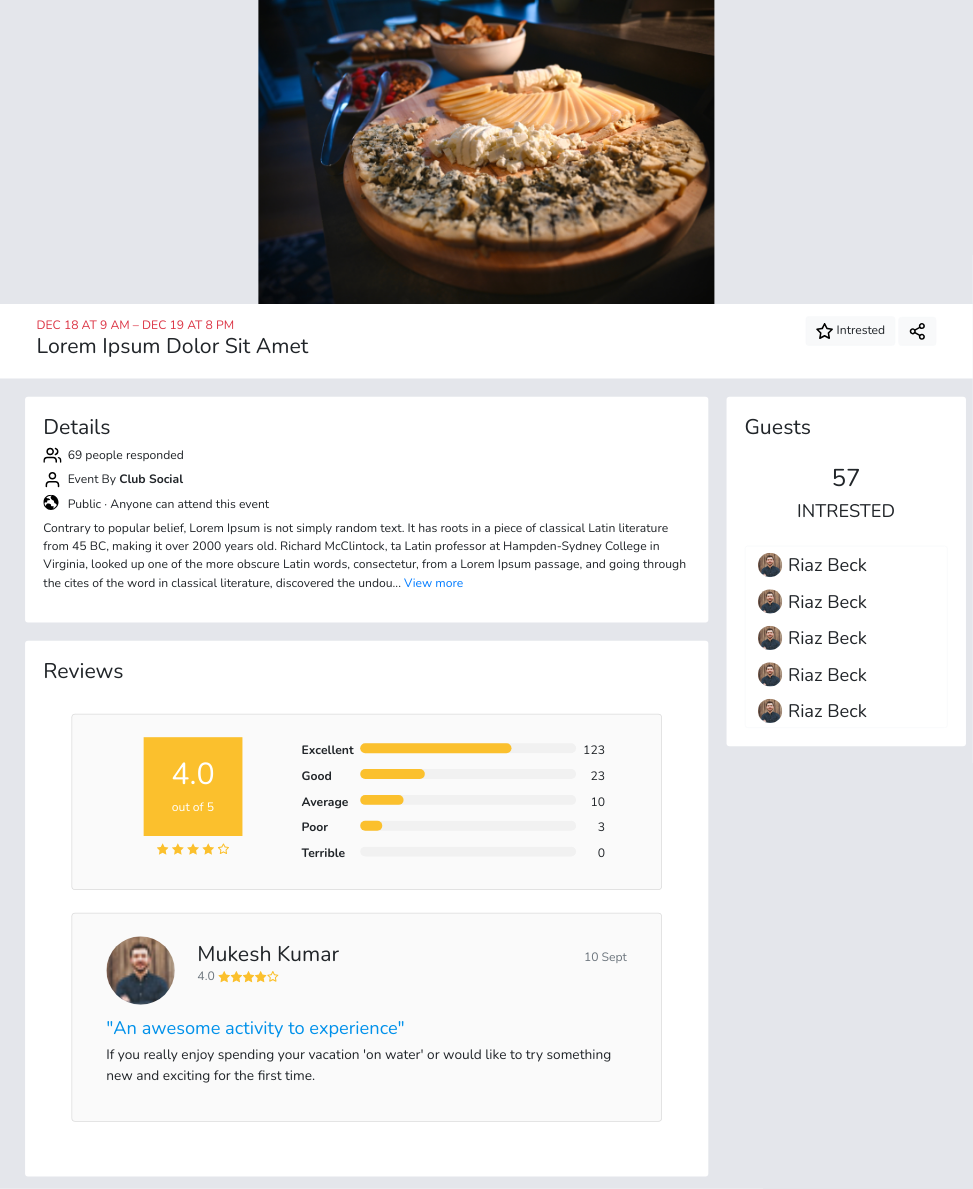
Repository: iamrachid/ensaevents
Page: event.html
The author's editor kept a copy of each file at every save. The page is drawn from the files as they stood at one save, then again after the next save.
The browser window is 1280 px wide. The pictures show the whole page, at 76% of full size.

Above is the page before, as saved 2021-11-25 19:10:44.

### event.html
<html>

<head>
    <meta charset="UTF-8">
    <meta http-equiv="X-UA-Compatible" content="IE=edge">
    <meta name="viewport" content="width=device-width, initial-scale=1.0">
    <title>Document</title>
    <link rel="stylesheet" href="css/bootstrap.css">
    <link rel="stylesheet" href="css/style.css">
    <!-- Link Swiper's CSS -->
    <link rel="stylesheet" href="https://unpkg.com/swiper/swiper-bundle.min.css" />

    <link rel="preconnect" href="https://fonts.googleapis.com">
    <link rel="preconnect" href="https://fonts.gstatic.com" crossorigin>
    <link
        href="https://fonts.googleapis.com/css2?family=Nunito:ital,wght@0,200;0,300;0,400;0,600;0,700;0,800;0,900;1,200;1,300;1,400;1,600;1,700;1,800;1,900&display=swap"
        rel="stylesheet">
</head>

<body class="w-100">

    <div class="text-center bg-main d-flex justify-content-center">
        <img src="assets/img/card-1.jpg" class="cover-img">
    </div>
    <div class="py-3 px-md-5 px-3">
        <div class="row">
            <div class="col-md-10 col-12">
                <span class="text-uppercase text-danger">DEC 18 AT 9 AM – DEC 19 AT 8 PM</span>
                <h3>Lorem Ipsum Dolor Sit Amet</h3>
            </div>
            <div class="col-md-2 col-12">
                <button class="btn btn-light ">
                    <svg class="btn-icon">
                        <use xlink:href="assets/img/icons.svg#icon-star"></use>
                    </svg>
                    Intrested</button>
                <button class="btn btn-light">
                    <svg class="btn-icon">
                        <use xlink:href="assets/img/icons.svg#icon-share-2"></use>
                    </svg>
                </button>
            </div>
        </div>
    </div>

    <div class="px-md-4 p-0 pb-3 bg-main">
        <div class="row">
            <div class="col-md-8 col-lg-9 col-12 px-4 px-md-3 px-lg-4">
                <div class="bg-white mt-4 p-4 rounded">
                    <h3>Details</h3>
                    <div class="d-flex">
                        <svg class="detail-icon mr-2 mb-2">
                            <use xlink:href="assets/img/icons.svg#icon-users"></use>
                        </svg>
                        <span>69 people responded</span>
                    </div>
                    <div class="d-flex">
                        <svg class="detail-icon mr-2  mb-2">
                            <use xlink:href="assets/img/icons.svg#icon-user"></use>
                        </svg>
                        <span>Event By <strong>Club Social</strong></span>
                    </div>
                    <div class="d-flex">
                        <svg class="detail-icon mr-2 mb-2">
                            <use xlink:href="assets/img/icons.svg#icon-public"></use>
                        </svg>
                        <span>Public · Anyone can attend this event</span>
                    </div>
                    <p>
                        <span>
                            Contrary to popular belief, Lorem Ipsum is not simply random text. It has roots in a piece
                            of
                            classical
                            Latin literature from 45 BC, making it over 2000 years old. Richard McClintock, ta Latin
                            professor
                            at
                            Hampden-Sydney College in Virginia, looked up one of the more obscure Latin words,
                            consectetur,
                            from
                            a
                            Lorem Ipsum passage, and going through the cites of the word in classical literature,
                            discovered
                            the
                            undou</span><span class="collapse  multi-collapse show fast" id="dots">...</span>
                        <span class="collapse  multi-collapse fast" id="more-text">btable source. Lorem Ipsum comes from
                            sections
                            1.10.32 and 1.10.33 of "de Finibus Bonorum et
                            Malorum" (The Extremes of Good and Evil) by Cicero, written in 45 BC. This book is a
                            treatise on
                            the
                            theory of ethics, very popular during the Renaissance. The first line of Lorem Ipsum, "Lorem
                            ipsum
                            dolor
                            sit amet..", comes from a line in section 1.10.32.
                        </span>

                        <a class="collapse  multi-collapse fast" type="button" id="less" data-toggle="collapse"
                            data-target=".multi-collapse" aria-expanded="false"
                            aria-controls="dots more less more-text">View less</a>
                        <a class="collapse show  multi-collapse fast" type="button" id="more" data-toggle="collapse"
                            data-target=".multi-collapse" aria-expanded="false"
                            aria-controls="dots more less more-text">View more</a>
                    </p>
                </div>
                <div class="bg-white mt-4 p-4 rounded">
                    <h3>Reviews</h3>


                    <div class="row justify-content-center">
                        <div class=" col-12 col-md-11 text-center mb-5">
                            <div class="card review-card">
                                <div class="row justify-content-start d-flex">
                                    <div class="col-md-4 d-flex flex-column">
                                        <div class="rating-box">
                                            <h1 class="pt-4">4.0</h1>
                                            <p class="">out of 5</p>
                                        </div>
                                        <div class="mt-1">
                                            <svg class="rating-icon">
                                                <use xlink:href="assets/img/icons.svg#icon-star-full"></use>
                                            </svg>
                                            <svg class="rating-icon">
                                                <use xlink:href="assets/img/icons.svg#icon-star-full"></use>
                                            </svg>
                                            <svg class="rating-icon">
                                                <use xlink:href="assets/img/icons.svg#icon-star-full"></use>
                                            </svg>
                                            <svg class="rating-icon">
                                                <use xlink:href="assets/img/icons.svg#icon-star-full"></use>
                                            </svg>
                                            <svg class="rating-icon">
                                                <use xlink:href="assets/img/icons.svg#icon-star"></use>
                                            </svg>
                                        </div>
                                    </div>
                                    <div class="col-md-8">
                                        <div class="rating-bar0 justify-content-center">
                                            <table class="text-left mx-auto">
                                                <tr>
                                                    <td class="rating-label">Excellent</td>
                                                    <td class="rating-bar">
                                                        <div class="bar-container">
                                                            <div class="bar-5"></div>
                                                        </div>
                                                    </td>
                                                    <td class="text-right">123</td>
                                                </tr>
                                                <tr>
                                                    <td class="rating-label">Good</td>
                                                    <td class="rating-bar">
                                                        <div class="bar-container">
                                                            <div class="bar-4"></div>
                                                        </div>
                                                    </td>
                                                    <td class="text-right">23</td>
                                                </tr>
                                                <tr>
                                                    <td class="rating-label">Average</td>
                                                    <td class="rating-bar">
                                                        <div class="bar-container">
                                                            <div class="bar-3"></div>
                                                        </div>
                                                    </td>
                                                    <td class="text-right">10</td>
                                                </tr>
                                                <tr>
                                                    <td class="rating-label">Poor</td>
                                                    <td class="rating-bar">
                                                        <div class="bar-container">
                                                            <div class="bar-2"></div>
                                                        </div>
                                                    </td>
                                                    <td class="text-right">3</td>
                                                </tr>
                                                <tr>
                                                    <td class="rating-label">Terrible</td>
                                                    <td class="rating-bar">
                                                        <div class="bar-container">
                                                            <div class="bar-1"></div>
                                                        </div>
                                                    </td>
                                                    <td class="text-right">0</td>
                                                </tr>
                                            </table>
                                        </div>
                                    </div>
                                </div>
                            </div>
                            <div class="card review-card">
                                <div class="row d-flex">
                                    <div class=""> <img class="profile-pic" src="assets/img/user.png"> </div>
                                    <div class="d-flex flex-column">
                                        <h3 class="mt-2 mb-0">Mukesh Kumar</h3>
                                        <div>
                                            <p class="text-left d-flex align-items-center"><span
                                                    class="text-muted mr-1">4.0</span>
                                                <svg class="rating-icon">
                                                    <use xlink:href="assets/img/icons.svg#icon-star-full"></use>
                                                </svg>
                                                <svg class="rating-icon">
                                                    <use xlink:href="assets/img/icons.svg#icon-star-full"></use>
                                                </svg>
                                                <svg class="rating-icon">
                                                    <use xlink:href="assets/img/icons.svg#icon-star-full"></use>
                                                </svg>
                                                <svg class="rating-icon">
                                                    <use xlink:href="assets/img/icons.svg#icon-star-full"></use>
                                                </svg>
                                                <svg class="rating-icon">
                                                    <use xlink:href="assets/img/icons.svg#icon-star"></use>
                                                </svg>
                                            </p>
                                        </div>
                                    </div>
                                    <div class="ml-auto">
                                        <p class="text-muted pt-5 pt-sm-3">10 Sept</p>
                                    </div>
                                </div>
                                <div class="row text-left">
                                    <h4 class="blue-text mt-3">"An awesome activity to experience"</h4>
                                    <p class="content">If you really enjoy spending your vacation 'on water' or would
                                        like
                                        to try something new and exciting for the first time.</p>
                                </div>
                            </div>
                        </div>
                    </div>



                </div>
            </div>
            <div class=" px-4 px-md-0 py-4 col-md-4 col-lg-3  col-sm-12 ">
                <div class="bg-white  p-4 rounded">
                    <h3>Guests</h3>
                    <div class="d-flex  justify-content-center py-4">
                        <div class="d-flex flex-column align-items-center">
                            <h2 cla>57</h2>
                            <h4 class="text-uppercase">Intrested</h4>
                        </div>

                    </div>
                    <div class="overflow-auto border-light border rounded users px-2">
                        <div class="user d-flex align-items-center">
                            <img class="user-img m-2" src="assets/img/user.png" />
                            <span class="user-name">Riaz Beck</span>
                        </div>
                        <div class="user d-flex align-items-center">
                            <img class="user-img m-2" src="assets/img/user.png" />
                            <span class="user-name">Riaz Beck</span>
                        </div>
                        <div class="user d-flex align-items-center">
                            <img class="user-img m-2" src="assets/img/user.png" />
                            <span class="user-name">Riaz Beck</span>
                        </div>
                        <div class="user d-flex align-items-center">
                            <img class="user-img m-2" src="assets/img/user.png" />
                            <span class="user-name">Riaz Beck</span>
                        </div>
                        <div class="user d-flex align-items-center">
                            <img class="user-img m-2" src="assets/img/user.png" />
                            <span class="user-name">Riaz Beck</span>
                        </div>
                        <div class="user d-flex align-items-center">
                            <img class="user-img m-2" src="assets/img/user.png" />
                            <span class="user-name">Riaz Beck</span>
                        </div>
                        <div class="user d-flex align-items-center">
                            <img class="user-img m-2" src="assets/img/user.png" />
                            <span class="user-name">Riaz Beck</span>
                        </div>
                        <div class="user d-flex align-items-center">
                            <img class="user-img m-2" src="assets/img/user.png" />
                            <span class="user-name">Riaz Beck</span>
                        </div>
                        <div class="user d-flex align-items-center">
                            <img class="user-img m-2" src="assets/img/user.png" />
                            <span class="user-name">Riaz Beck</span>
                        </div>
                        <div class="user d-flex align-items-center">
                            <img class="user-img m-2" src="assets/img/user.png" />
                            <span class="user-name">Riaz Beck</span>
                        </div>
                    </div>
                </div>
            </div>
        </div>
        <script src="js/jquery-3.6.0.js">
        </script>
        <!-- Bootstrap -->
        <script src="js/bootstrap.js"></script>
        <!-- Swiper JS -->
        <script src="js/swiper-bundle.min.js"></script>

        <!-- Main script -->
        <script src="js/script.js"></script>

</body>

</html>

### css/style.css
@font-face {
    font-family: Forever;
    src: url(../font/Foreverbrushscript-GwZy.otf);
  }

html, body{
    font-family: "Nunito";
    font-weight: 400;
    width: 100%;
}
.hero {
    background: linear-gradient(45deg, rgba(173,225,255,1) 0%, rgba(186,175,255,1) 40%, rgba(175,255,182,1) 74%, rgba(175,255,182,1) 100%);
}
.btn-header {
    font-size: 1rem;
}

.heading-title {
    font-size: 5rem;
    font-weight: 800;
}
@media only screen and (max-width: 768px) {
    .heading-title {
        font-size: 4rem;
    }

    .padding-smallSize {
        padding: .5rem;
    }
}

.heading-title_white {
    color: #fafafa;
}
.heading-subtitle {
    color: #fafafa;
    letter-spacing: .2cm;
}
.search-bar {
    padding: .51rem 0.5rem;
    background-color: white;
    left: 50%;
    transform: translate(-50%,-50%);
    border-radius: 30px;
}

.search-btn {
    background-color: #b2d0ff;
    color: #fafafa;
    font-weight: 600;
}

.card-img-box {
    height: 12rem;
    overflow: hidden;
    display: flex;
    justify-content: center;
    align-items: center;
}

.forever {
    font-family: Forever;
    font-size:2rem
}

.bg-color-blue {
    background-color:#b2d0ff;
}

.gradient {
    background:linear-gradient(to right,rgba(149, 133, 255,1) 0%, rgba(186,175,255,1)  100%);
}

.menu-icon {
    width: 1.2rem;
    height: 1.2rem;
    fill: #fff;
}

.menu-active {
    border-left: 5px solid #fff;
}

.side-nav-link, .side-nav-link:hover {
    color: #fff;
}

.side-nav-item.active:hover {
    padding-right:5px;
}

.side-nav-item {
    transition: all  0.3s;
}

.side-nav-item:hover, .side-nav-item.active {
    border-left: 5px solid #fff;
    transition: all 0.3s;
}

.btn-purple {
    color: #fff;
    background-color: rgba(149, 133, 255,1);
    border-color: rgba(149, 133, 255,1);
}

.btn-purple:hover {
    color: #fff;
    background-color: rgba(186,175,255,1);
    border-color: rgba(186,175,255,1);
}

.detail-icon {
    height: 1.5rem;
    width: 1.5rem;
}

.users {
    height: 15rem;
}

.user-name {
    font-size:1.5rem;
}

.user-img {
    height: 2rem;
    width: 2rem;
    border-radius:50%;
}

.btn-icon {
    height: 1.5rem;
    width: 1.5rem;
}

.fast {
    transition: all 0s;
}

.bg-main {
    background-color: #e4e6eb !important;
}

.cover-img {
    width: 100%;
    max-width: 600px;
}

/* Reviews */

.rating-icon {
    fill: #FBC02D;
    height: 1rem;
    width: 1rem;
}

.review-card {
    border-radius: 5px;
    background-color: #fff;
    background-color: #fafafa;
    padding-left: 60px;
    padding-right: 60px;
    margin-top: 30px;
    padding-top: 30px;
    padding-bottom: 30px
}

.rating-box {
    width: 130px;
    height: 130px;
    margin-right: auto;
    margin-left: auto;
    background-color: #FBC02D;
    color: #fff
}

.rating-label {
    font-weight: bold
}

.rating-bar {
    width: 300px;
    padding: 8px;
    border-radius: 5px
}

.bar-container {
    width: 100%;
    background-color: #f1f1f1;
    text-align: center;
    color: white;
    border-radius: 20px;
    cursor: pointer;
    margin-bottom: 5px
}

.bar-5 {
    width: 70%;
    height: 13px;
    background-color: #FBC02D;
    border-radius: 20px
}

.bar-4 {
    width: 30%;
    height: 13px;
    background-color: #FBC02D;
    border-radius: 20px
}

.bar-3 {
    width: 20%;
    height: 13px;
    background-color: #FBC02D;
    border-radius: 20px
}

.bar-2 {
    width: 10%;
    height: 13px;
    background-color: #FBC02D;
    border-radius: 20px
}

.bar-1 {
    width: 0%;
    height: 13px;
    background-color: #FBC02D;
    border-radius: 20px
}


.star-active {
    color: #FBC02D;
    margin-top: 10px;
    margin-bottom: 10px
}

.star-active:hover {
    color: #F9A825;
    cursor: pointer
}

.star-inactive {
    color: #CFD8DC;
    margin-top: 10px;
    margin-bottom: 10px
}

.blue-text {
    color: #0091EA
}

.content {
    font-size: 18px
}

.profile-pic {
    width: 90px;
    height: 90px;
    border-radius: 100%;
    margin-right: 30px
}

.pic {
    width: 80px;
    height: 80px;
    margin-right: 10px
}

### js/script.js
var swiper = new Swiper(".events", {
    pagination: {
      el: ".swiper-pagination",
      clickable: true,
    }
    ,
    breakpoints: {
      640: {
        slidesPerView: 1,
        spaceBetween: 20,
      },
      768: {
        slidesPerView: 2,
        spaceBetween: 40,
      },
      1024: {
        slidesPerView: 3,
        spaceBetween: 50,
      },
    },

  })

  var swiper = new Swiper(".clubs", {
    spaceBetween: 10,
    autoplay: {
      delay: 3000,
      // TODO: this should be false
      disableOnInteraction: false,
    },
    pagination: {
      el: ".swiper-pagination",
      clickable: true,
    },
    navigation: {
      nextEl: ".swiper-button-next",
      prevEl: ".swiper-button-prev",
    },
    breakpoints: {
      640: {
        slidesPerView: 2,
        spaceBetween: 20,
      },
      768: {
        slidesPerView: 3,
        spaceBetween: 40,
      },
      1024: {
        slidesPerView: 5,
        spaceBetween: 50,
      },
    }
  });;

Loaded but not shown: css/bootstrap.css (library); js/jquery-3.6.0.js (library); js/bootstrap.js (library); js/swiper-bundle.min.js (library)

After the next save:
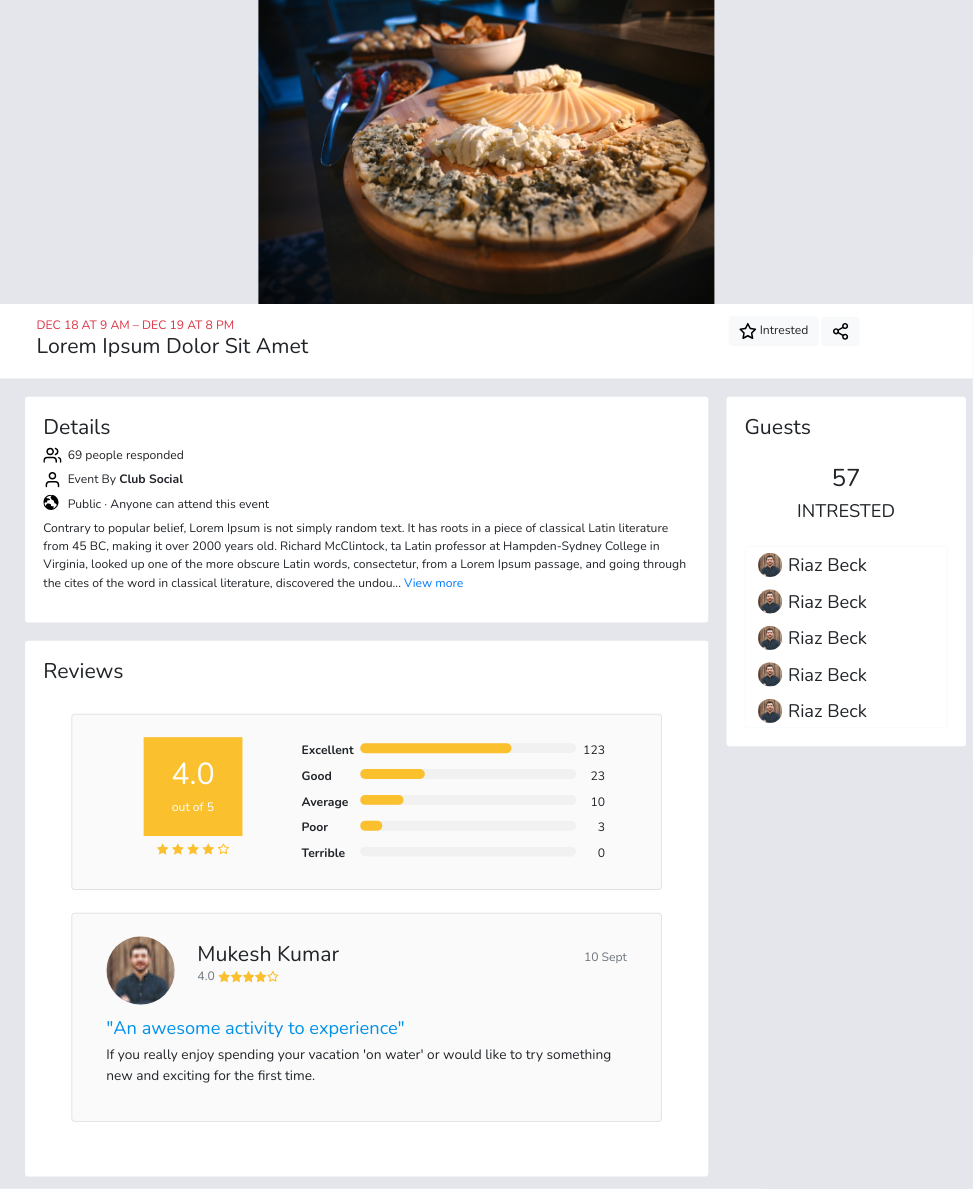
Saved 47 s later.
--- a/event.html
+++ b/event.html
@@ -24,11 +24,11 @@
     </div>
     <div class="py-3 px-md-5 px-3">
         <div class="row">
-            <div class="col-md-10 col-12">
+            <div class="col-md-9 col-12">
                 <span class="text-uppercase text-danger">DEC 18 AT 9 AM – DEC 19 AT 8 PM</span>
                 <h3>Lorem Ipsum Dolor Sit Amet</h3>
             </div>
-            <div class="col-md-2 col-12">
+            <div class="col-md-3 col-12">
                 <button class="btn btn-light ">
                     <svg class="btn-icon">
                         <use xlink:href="assets/img/icons.svg#icon-star"></use>
